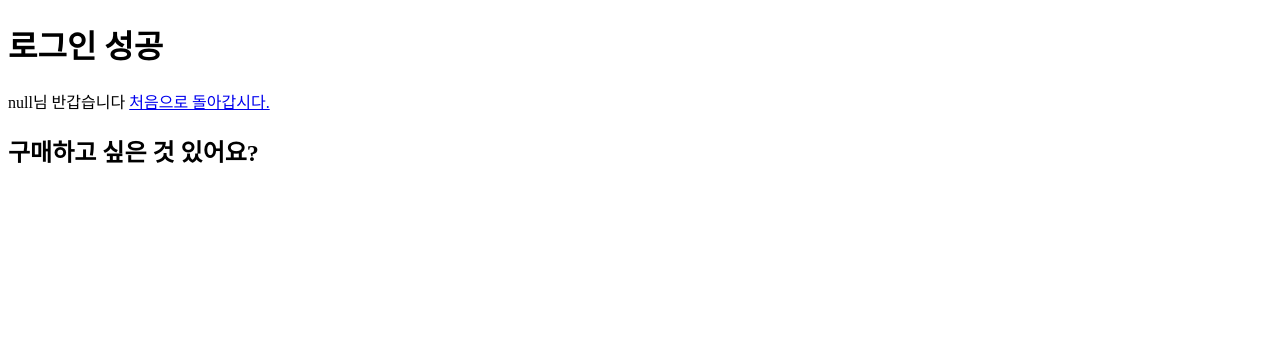
Repository: bgmun01/woorifisa_java
Page: http://localhost/web_day3/login/loginResult.jsp
The author's editor kept a copy of each file at every save. The page is drawn from the files as they stood at one save, then again after the next save.
The browser window is 1280 px wide. The pictures show the whole page.
The page is served by Tomcat 9.

Above is the page before, as saved 2023-06-19 02:35:01.

After the next save:
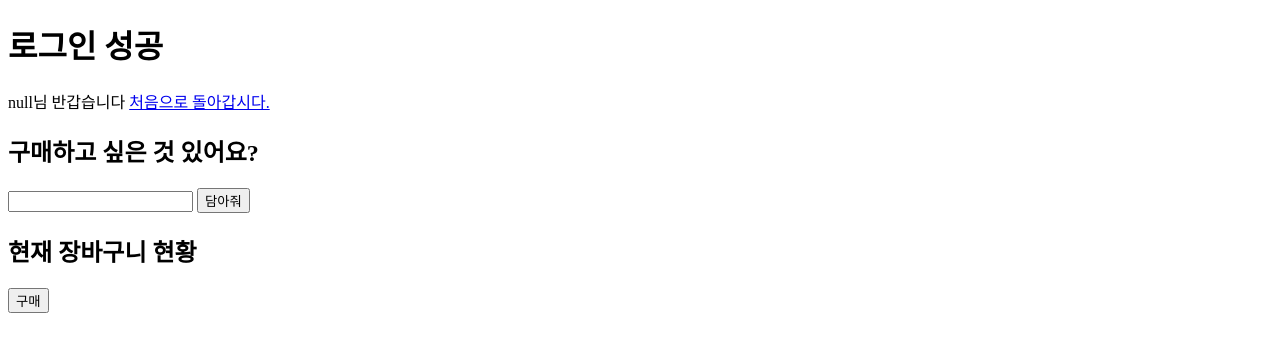
Saved 2 min 2 s later.
--- a/web_day3/src/main/webapp/login/loginResult.jsp
+++ b/web_day3/src/main/webapp/login/loginResult.jsp
@@ -13,5 +13,14 @@
 
 	<h2>구매하고 싶은 것 있어요?</h2>
 	<form action="/web_day3/cart" method='post'></form>
+		<input type = "text" name = "product">
+		<input type = "submit" value= "담아줘">
+	</form>
+
+	<h2>현재 장바구니 현황</h2>
+	<div></div>
+	<form action="/web_day3/buy" method='post'></form>
+		<input type = "submit" value= "구매">
+	</form>
 </body>
 </html>
